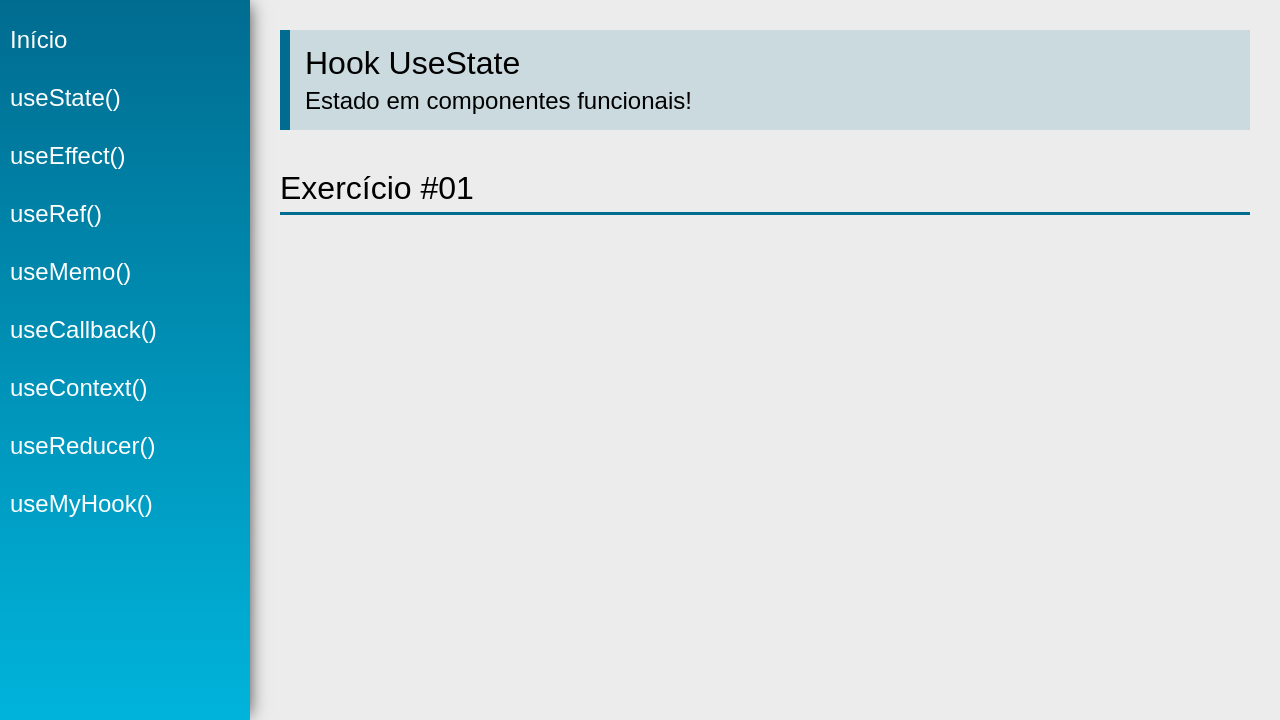
Repository: jean-siqueira/react-hoocks
Page: /useState
The author's editor kept a copy of each file at every save. The page is drawn from the files as they stood at one save, then again after the next save.
The browser window is 1280 px wide. The pictures show the whole page.
The project was rebuilt for these pictures with package versions that can differ from the ones it lists, and the page was loaded fresh each time. Also part of the build but not shown: src/views/examples/Home.jsx, src/views/examples/NotFound.jsx, src/views/examples/UseEffect.jsx, src/views/examples/UseRef.jsx, src/views/examples/UseCallback.jsx, src/views/examples/UseMemo.jsx, src/views/examples/UseContext.jsx, src/views/examples/UseReducer.jsx and 1 more.

Above is the page before, as saved 2023-04-01 09:27:48.

### src/components/layout/Menu.jsx
import './Menu.css'
import React from 'react'

import { Link } from 'react-router-dom'

const Menu = props => (
    <aside className="Menu">
        <nav>
            <ul>
                <li>
                    <Link to="/">Início</Link>
                </li>
                <li>
                    <Link to="/useState">useState()</Link>
                </li>
                <li>
                    <Link to="/useEffect">useEffect()</Link>
                </li>
                <li>
                    <Link to="/useRef">useRef()</Link>
                </li>
                <li>
                    <Link to="/useMemo">useMemo()</Link>
                </li>
                <li>
                    <Link to="/useCallback">useCallback()</Link>
                </li>
                <li>
                    <Link to="/useContext">useContext()</Link>
                </li>
                <li>
                    <Link to="/useReducer">useReducer()</Link>
                </li>
                <li>
                    <Link to="/useCustom">useMyHook()</Link>
                </li>
            </ul>
        </nav>
    </aside>
)

export default Menu

### src/components/layout/Content.jsx
import './Content.css'
import React from 'react'
import { Switch, Route } from 'react-router-dom'

import Home from '../../views/examples/Home'
import NotFound from '../../views/examples/NotFound'
import UseState from '../../views/examples/UseState'
import UseEffect from '../../views/examples/UseEffect'
import UseRef from '../../views/examples/UseRef'
import UseCallback from '../../views/examples/UseCallback'
import UseMemo from '../../views/examples/UseMemo'
import UseContext from '../../views/examples/UseContext'
import UseReducer from '../../views/examples/UseReducer'
import UseCustom from '../../views/examples/UseCustom'

const Content = props => (
    <main className="Content">
        <Switch>
            <Route exact path="/">
                <Home />
            </Route>
            <Route path="/useState">
                <UseState />
            </Route>
            <Route path="/useEffect">
                <UseEffect />
            </Route>
            <Route path="/useRef">
                <UseRef />
            </Route>
            <Route path="/useCallback">
                <UseCallback />
            </Route>
            <Route path="/useMemo">
                <UseMemo />
            </Route>
            <Route path="/useContext">
                <UseContext />
            </Route>
            <Route path="/useReducer">
                <UseReducer />
            </Route>
            <Route path="/useCustom">
                <UseCustom />
            </Route>
            <Route path="*">
                <NotFound />
            </Route>
        </Switch>
    </main>
)

export default Content

### src/views/examples/UseState.jsx
import React, { useState } from 'react'
import PageTitle from '../../components/layout/PageTitle'
import SectionTitle from '../../components/layout/SectionTitle'

const UseState = (props) => {

    const [count, setCount] = useState(0)

    return (
        <div className="UseState">
            <PageTitle
                title="Hook UseState"
                subtitle="Estado em componentes funcionais!"
            />
            <SectionTitle title="Exercício #01" />
        </div>
    )
}

export default UseState

Loaded but not shown: public/index.html (common file); src/index.js (common file); src/index.css (common file); src/views/App.jsx (common file); src/views/App.css (common file); src/components/layout/Menu.css (common file); src/components/layout/Content.css (common file); src/components/layout/PageTitle.jsx (common file); src/components/layout/SectionTitle.jsx (common file); src/components/layout/PageTitle.css (common file); src/components/layout/SectionTitle.css (common file)

After the next save:
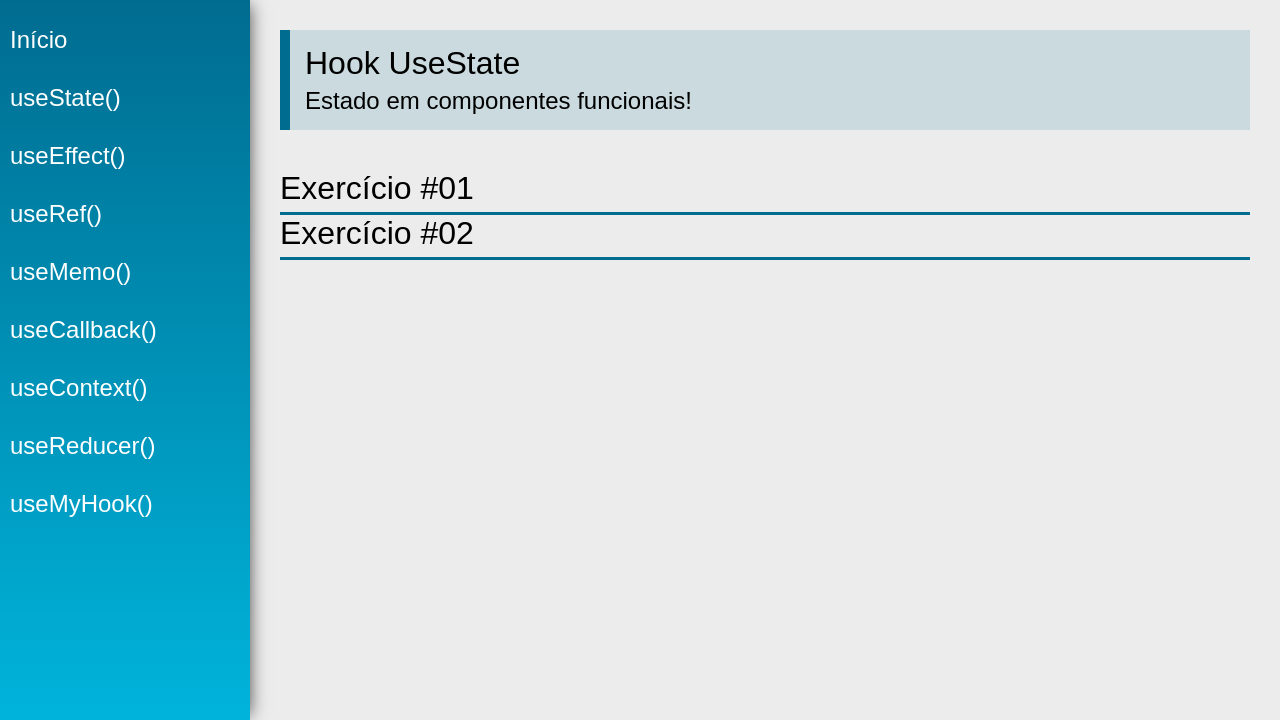
Saved 31 s later.
--- a/src/views/examples/UseState.jsx
+++ b/src/views/examples/UseState.jsx
@@ -13,6 +13,8 @@ const UseState = (props) => {
                 subtitle="Estado em componentes funcionais!"
             />
             <SectionTitle title="Exercício #01" />
+
+            <SectionTitle title="Exercício #02" />
         </div>
     )
 }
